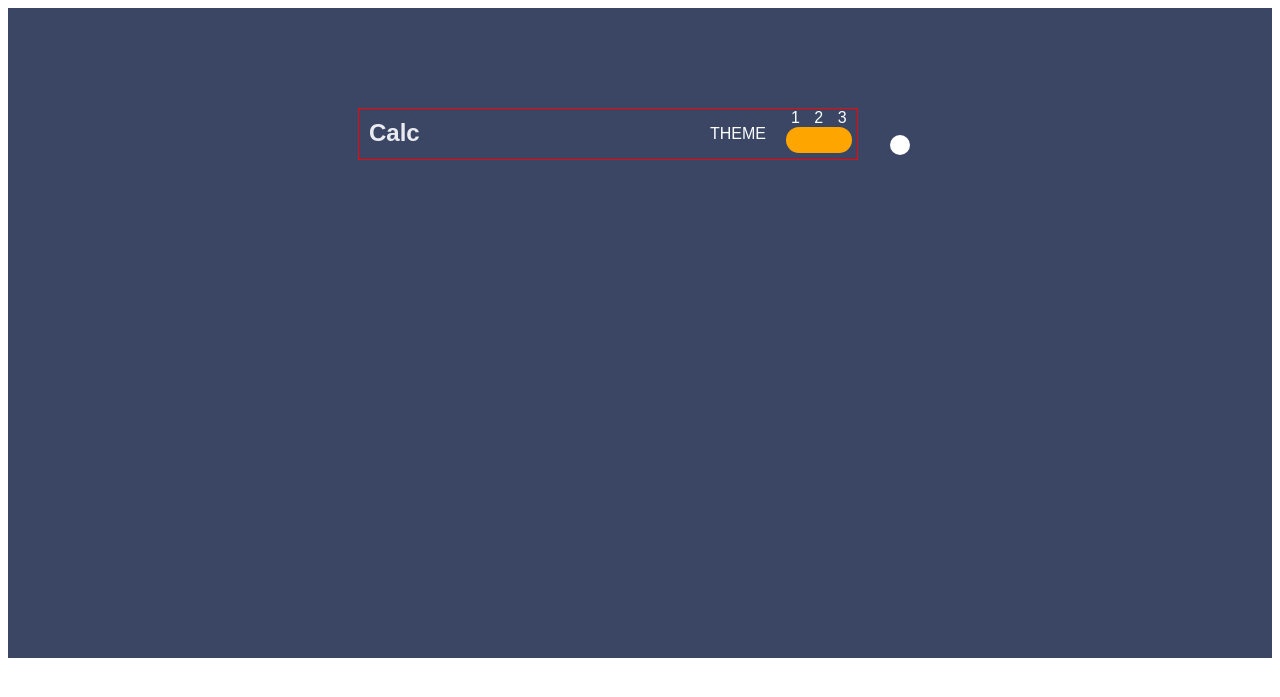
Repository: Bakyproit/Calcutor
Page: SimpleCalculatorApp.html
The author's editor kept a copy of each file at every save. The page is drawn from the files as they stood at one save, then again after the next save.
The browser window is 1280 px wide. The pictures show the whole page.
The first `.toggle__checkbox` is checked.

Above is the page before, as saved 2022-02-09 15:43:38.

After the next save:
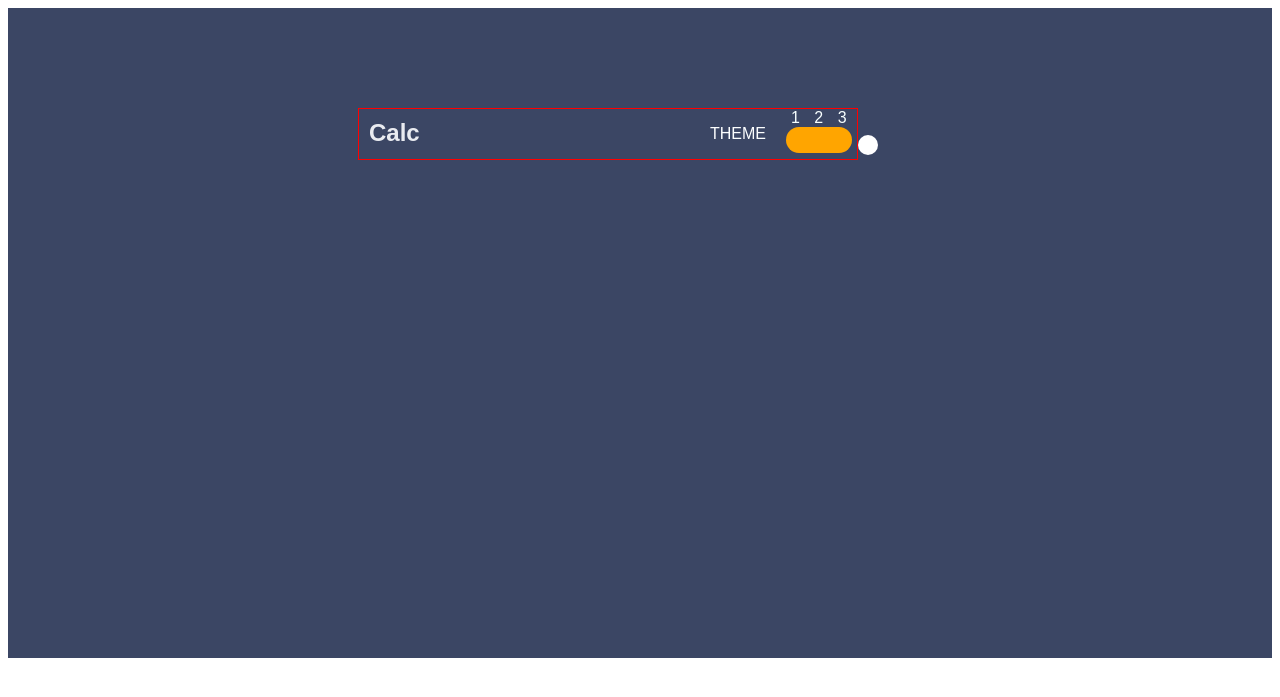
Saved 16 s later.
--- a/asset/App.css
+++ b/asset/App.css
@@ -84,5 +84,5 @@ h1{
     background-color: orange;
 }
 .toggle__checkbox:checked + .toggle__bar .toggle__spin {
-    transform: translateX(6rem);
+    transform: translateX(4rem);
 }
